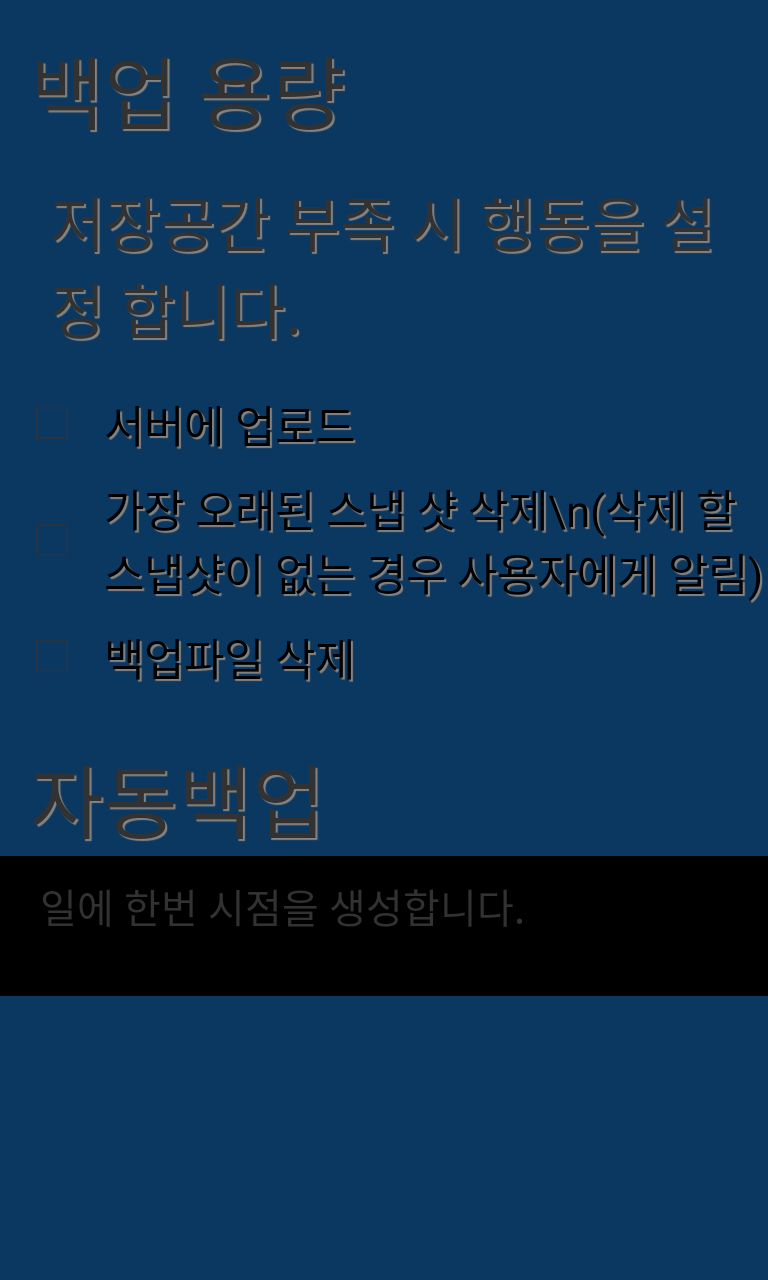
Repository: zzttt/LVM_BackupSol
Layout: TimeTraveler/res/layout/inflate_three.xml
These files come from the project's save history. The layout is drawn as it stood at one moment and after the next save; the edit follows.
It is drawn on a 768 x 1280 px phone screen (xhdpi) without system bars, with theme AppTheme; the app's code is not run.

Above is the layout before, as saved 2014-07-02 15:20:38.

### TimeTraveler/res/layout/inflate_three.xml
<?xml version="1.0" encoding="utf-8"?>
<RelativeLayout xmlns:android="http://schemas.android.com/apk/res/android"
    android:layout_width="fill_parent"
    android:layout_height="fill_parent"
    android:orientation="vertical" >

    <ScrollView
        android:id="@+id/elv_list3"
        android:layout_width="fill_parent"
        android:layout_height="fill_parent"
        android:background="#F4FA58"
        android:fillViewport="true" >

        <LinearLayout
            android:id="@+id/ll_three"
            android:layout_width="fill_parent"
            android:layout_height="fill_parent"
            android:background="#0B3861"
            android:orientation="vertical" >

            <TextView
                android:layout_width="match_parent"
                android:layout_height="wrap_content"
                android:layout_marginLeft="15dp"
                android:layout_marginTop="15dp"
                android:shadowColor="#848484"
                android:shadowDx="2"
                android:shadowDy="2"
                android:shadowRadius="0.01"
                android:text="백업 용량"
                android:textSize="40sp" />

            <TextView
                android:layout_width="match_parent"
                android:layout_height="wrap_content"
                android:layout_marginBottom="20dp"
                android:layout_marginLeft="25dp"
                android:layout_marginTop="15dp"
                android:shadowColor="#848484"
                android:shadowDx="2"
                android:shadowDy="2"
                android:shadowRadius="0.01"
                android:text="저장공간 부족 시 행동을 설정 합니다."
                android:textSize="30sp" />

            <CheckBox
                android:id="@+id/checkbox_upToSrv"
                android:layout_width="match_parent"
                android:layout_height="wrap_content"
                android:layout_marginBottom="10dp"
                android:layout_marginLeft="10dp"
                android:paddingLeft="10dp"
                android:shadowColor="#848484"
                android:shadowDx="2"
                android:shadowDy="2"
                android:shadowRadius="0.01"
                android:text="서버에 업로드"
                android:textSize="22sp" />

            <CheckBox
                android:id="@+id/checkbox_delSnapshot"
                android:layout_width="match_parent"
                android:layout_height="wrap_content"
                android:layout_marginBottom="10dp"
                android:layout_marginLeft="10dp"
                android:paddingLeft="10dp"
                android:shadowColor="#848484"
                android:shadowDx="2"
                android:shadowDy="2"
                android:shadowRadius="0.01"
                android:text="가장 오래된 스냅 샷 삭제\n(삭제 할 스냅샷이 없는 경우 사용자에게 알림)"
                android:textSize="22sp" />

            <CheckBox
                android:id="@+id/checkbox_delBackup"
                android:layout_width="match_parent"
                android:layout_height="wrap_content"
                android:layout_marginBottom="10dp"
                android:layout_marginLeft="10dp"
                android:paddingLeft="10dp"
                android:shadowColor="#848484"
                android:shadowDx="2"
                android:shadowDy="2"
                android:shadowRadius="0.01"
                android:text="백업파일 삭제"
                android:textSize="22sp" />

            <TextView
                android:layout_width="match_parent"
                android:layout_height="wrap_content"
                android:layout_marginLeft="15dp"
                android:layout_marginTop="15dp"
                android:shadowColor="#848484"
                android:shadowDx="2"
                android:shadowDy="2"
                android:shadowRadius="0.01"
                android:text="자동백업"
                android:textSize="40sp" />

            <RelativeLayout
                android:layout_width="fill_parent"
                android:layout_height="wrap_content"
                android:gravity="center"
                android:background="#000000"
                >

                <Spinner
                    android:id="@+id/dateSpinner"
                    android:layout_width="wrap_content"
                    android:layout_height="50dip"
                    android:layout_marginLeft="15dp"
                    android:layout_marginTop="20dp"
                    android:drawSelectorOnTop="true"
                    android:layout_centerVertical="true"
                    android:background="#0B173B"
                     />
                <TextView
                    android:layout_width="match_parent"
                    android:layout_height="50dip"
                    android:text=" 일에 한번 시점을 생성합니다."
                    android:layout_toRightOf="@id/dateSpinner"
                    android:layout_centerVertical="true"
                    android:textSize="20sp" />
            </RelativeLayout>
        </LinearLayout>
    </ScrollView>

</RelativeLayout>

Loaded but not shown: TimeTraveler/res/values/styles.xml (common file); TimeTraveler/res/values-v11/styles.xml (common file); TimeTraveler/res/values-v14/styles.xml (common file)

After the next save:
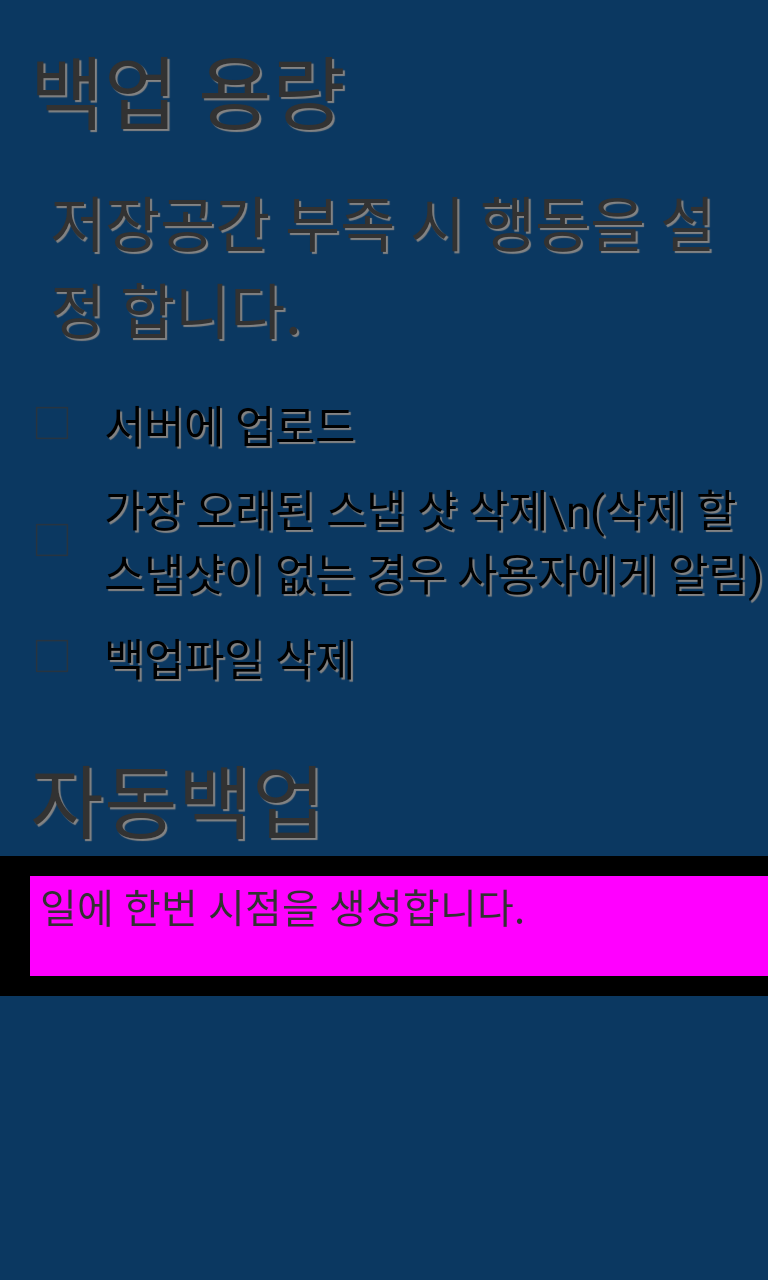
Saved 63 s later.
--- a/TimeTraveler/res/layout/inflate_three.xml
+++ b/TimeTraveler/res/layout/inflate_three.xml
@@ -120,6 +120,7 @@
                     android:text=" 일에 한번 시점을 생성합니다."
                     android:layout_toRightOf="@id/dateSpinner"
                     android:layout_centerVertical="true"
+                    android:background="#FF00FF"
                     android:textSize="20sp" />
             </RelativeLayout>
         </LinearLayout>
